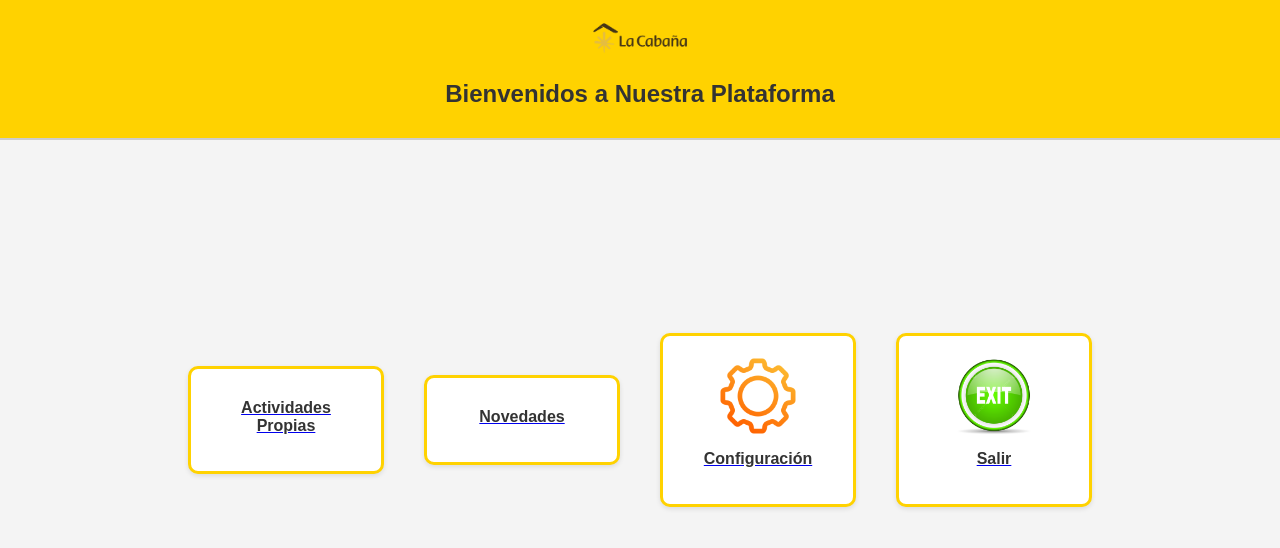
Repository: tayuanlogua/prototipo-de-control-de-accesos
Page: Patrullas/src/patrulla.html
These files come from the project's save history. The page is drawn as it stood at one moment and after the next save; the edit follows.
The browser window is 1280 px wide. The pictures show the whole page.

Above is the page before, as saved 2024-08-16 10:00:32.

### Patrullas/src/patrulla.html
<!DOCTYPE html>
<html lang="es">
  <head>
    <meta charset="UTF-8" />
    <meta name="viewport" content="width=device-width, initial-scale=1.0" />
    <title>Página de Bienvenida</title>
    <link rel="stylesheet" href="styles.css" />
  </head>
  <body>
    <!-- Sección de bienvenida y logo -->
    <header>
      <div class="logo">
        <img src="imagenes/LOGO.png" alt="Logo de la Empresa" />
      </div>
      <h1>Bienvenidos a Nuestra Plataforma</h1>
    </header>

    <!-- Contenedor de opciones principales -->
    <div class="iconos-container">
      <!-- Botón de Actividades Propias -->
      <div class="icono">
        <a href="actividades.html">
          <p>Actividades Propias</p>
        </a>
      </div>

      <!-- Botón de Novedades -->
      <div class="icono">
        <a href="novedades.html">
          <p>Novedades</p>
        </a>
      </div>

      <!-- Botón de Configuración -->
      <div class="icono">
        <a href="configuracion.html">
          <img src="imagenes/configuracio n.png" alt="Configuración" />
          <p>Configuración</p>
        </a>
      </div>

      <!-- Botón de Salir (redirige a la página de inicio de sesión) -->
      <div class="icono">
        <a href="inicio-sesion.html">
          <img src="imagenes/exito.jpg" alt="Salir" />
          <p>Salir</p>
        </a>
      </div>
    </div>
  </body>
</html>

### Patrullas/src/styles.css
/* Estilos generales para el body */
body {
  font-family: Arial, sans-serif;
  display: flex;
  flex-direction: column;
  justify-content: center;
  align-items: center;
  height: 100vh;
  margin: 0;
  background-color: #f4f4f4; /* Fondo general de la página */
  text-align: center;
}

/* Estilos para el header */
header {
  background-color: #ffd200;
  color: white;
  padding: 20px 0;
  width: 100%;
  text-align: center;
  position: fixed;
  top: 0;
  left: 0;
  z-index: 1000;
  border-bottom: 2px solid #ccc;
}

.logo img {
  width: 100px;
  margin-bottom: 10px;
}

h1 {
  margin: 10px 0;
  font-size: 24px;
  color: #333;
}

/* Contenedor central para los iconos */
.iconos-container {
  display: flex;
  justify-content: center;
  align-items: center;
  flex-wrap: wrap;
  margin-top: 120px; /* Espacio para evitar que se superpongan con el header */
}

/* Estilos para el contenedor de cada icono */
.icono {
  background-color: white;
  padding: 20px;
  border-radius: 10px;
  box-shadow: 0 2px 5px rgba(0, 0, 0, 0.1);
  width: 150px;
  margin: 20px; /* Ajusta el margen para centrar y separar los iconos */
  text-align: center;
  vertical-align: top;
  border: 3px solid #ffd200; /* Borde amarillo para cada icono */
}

.icono img {
  width: 80px;
  height: 80px;
  border-radius: 10px;
}

.icono p {
  margin-top: 10px;
  font-weight: bold;
  color: #333;
  font-size: 16px;
}

/* Ajuste de la posición del formulario */
.form-container {
  width: 80%;
  max-width: 800px;
  padding: 20px;
  background-color: #fff;
  border-radius: 8px;
  box-shadow: 0 0 10px rgba(0, 0, 0, 0.1);
  text-align: center;
  margin-top: 40px; /* Espacio para no interferir con los iconos */
}

After the next save:
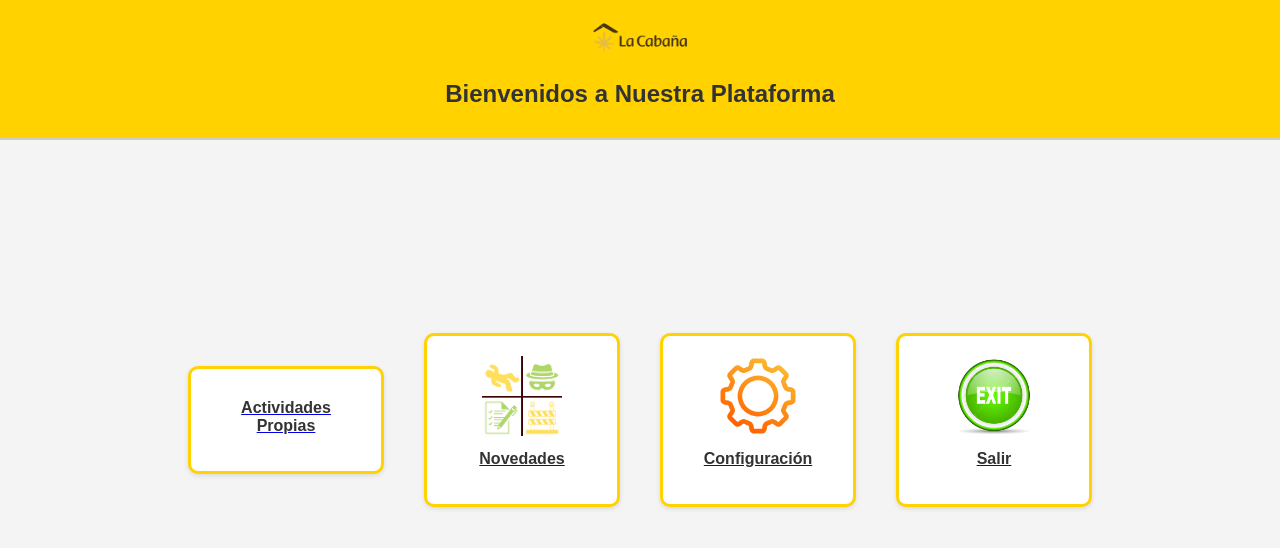
Saved 67 min 7 s later.
--- a/Patrullas/src/patrulla.html
+++ b/Patrullas/src/patrulla.html
@@ -27,6 +27,7 @@
       <!-- Botón de Novedades -->
       <div class="icono">
         <a href="novedades.html">
+          <img src="imagenes/1.png" alt="Novedades" />
           <p>Novedades</p>
         </a>
       </div>
